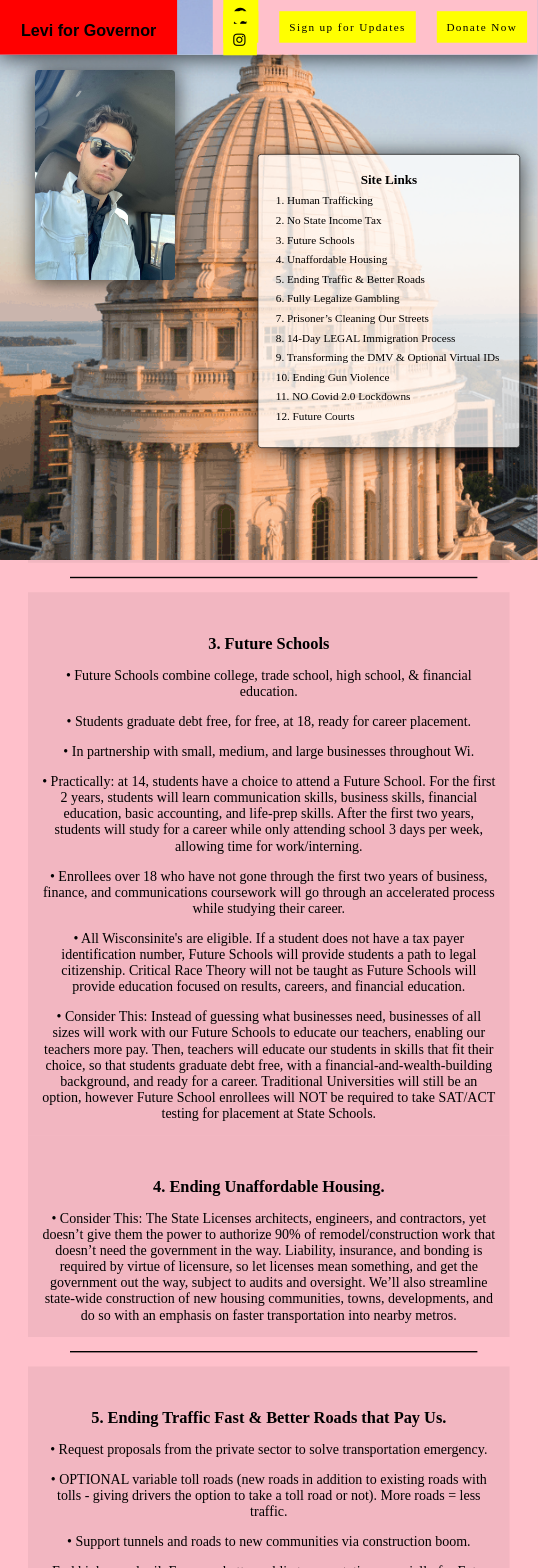
Repository: LeviCB/LeviCB.github.io
Page: index.html
The author's editor kept a record of every edit. The page is drawn from the files as they stood at one moment, then again after the next edit.
The browser window is 768 px wide. The pictures show the part of the page from y = 0 to 2240 px (the page is 5771 px tall), at 70% of full size.
Some web fonts or font styles are not loaded; a fallback is used. Some web libraries are served in a nearby version.

Above is the page before.
Console error: SyntaxError: Identifier 'head' has already been declared

After the next edit:
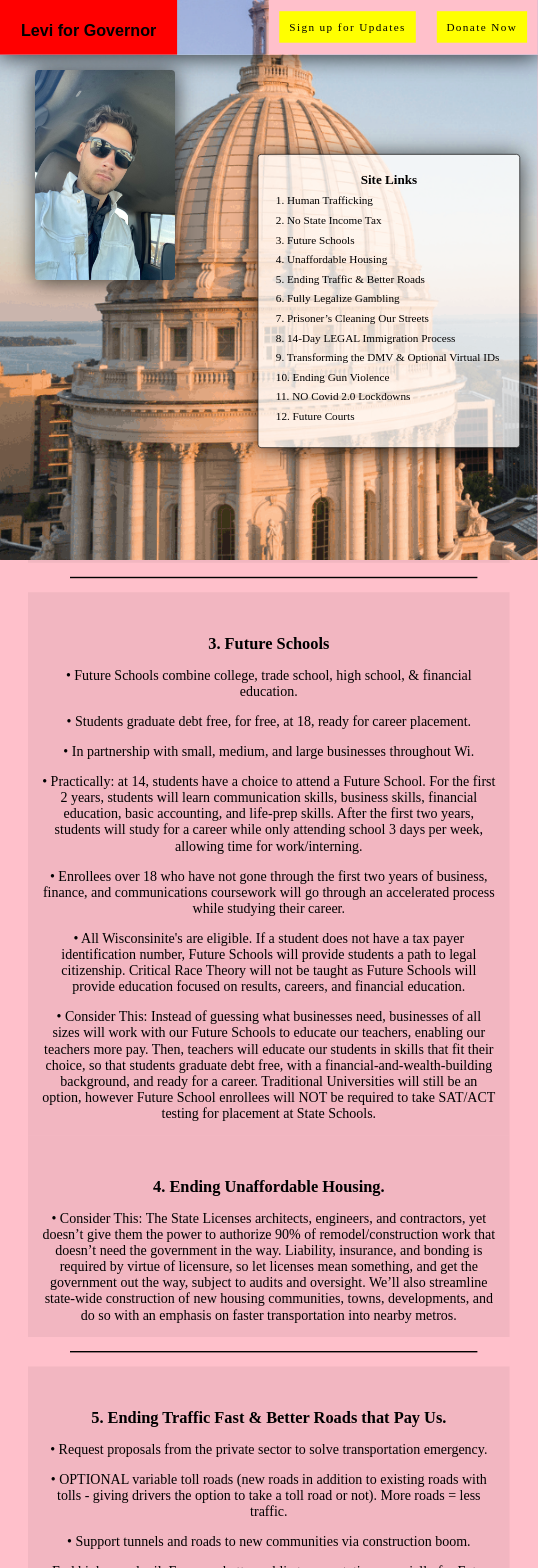
The edit:
--- a/assets/css/style.css
+++ b/assets/css/style.css
@@ -28,6 +28,9 @@
 @media only screen and (max-width:768px) and (min-width: 480px) {
   body {
     background-color: pink;
+  }
+  #social {
+    display: none;
   }
   #hyper-links {
     background-color: blue;
